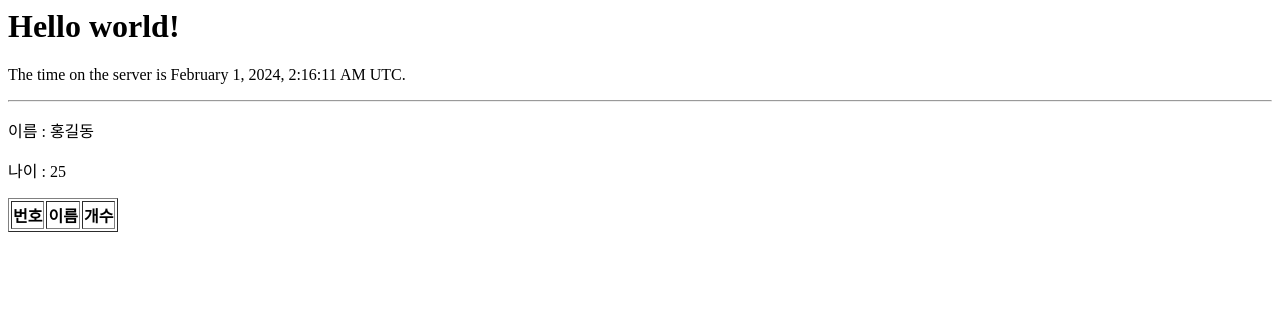
Repository: seonghun9906/sts3-Springboot
Page: http://localhost/spring-jsp02/
An editor plug-in stored every save of this project. The page is shown before and after the next save, followed by the edit.
The browser window is 1280 px wide. The pictures show the whole page.
The page is served by Tomcat 9. Other server files are loaded and not shown. The template is opened directly, without the code that normally fills it, so the values that code supplies are empty.

Above is the page before, as saved 2024-02-05 00:18:35.

### spring-jsp02/src/main/webapp/WEB-INF/views/home.jsp
<%@ page language="java" contentType="text/html; charset=UTF-8"
    pageEncoding="UTF-8"%>
<%@ taglib uri="http://java.sun.com/jsp/jstl/core" prefix="c" %>
<%@ page session="false" %>
<html>
<head>
	<title>Home</title>
</head>
<body>
<h1>
	Hello world!
</h1>

<P>  The time on the server is ${serverTime}. </P>
<hr>
<!-- Scriptlet / JAVA를 사용하는 부분 / 화면에 출력되지 않음 -->
<%
	String name = "홍길동";
	int age = 25;

%>
<p>이름 : <%=name%></p> <!-- 표현식 -->
<p>나이 : <%=age%></p>
<table border = "1">
	<tr>
		<th>번호</th>
		<th>이름</th>
		<th>개수</th>
	</tr>
</table>
</body>
</html>

After the next save:
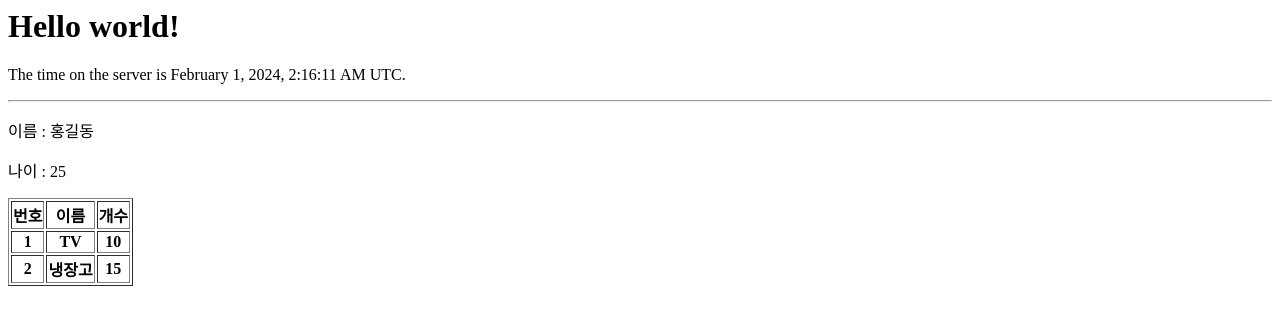
Saved 34 s later.
--- a/spring-jsp02/src/main/webapp/WEB-INF/views/home.jsp
+++ b/spring-jsp02/src/main/webapp/WEB-INF/views/home.jsp
@@ -27,6 +27,16 @@
 		<th>이름</th>
 		<th>개수</th>
 	</tr>
+	<tr>
+		<th>1</th>
+		<th>TV</th>
+		<th>10</th>
+	</tr>
+	<tr>
+		<th>2</th>
+		<th>냉장고</th>
+		<th>15</th>
+	</tr>
 </table>
 </body>
 </html>
